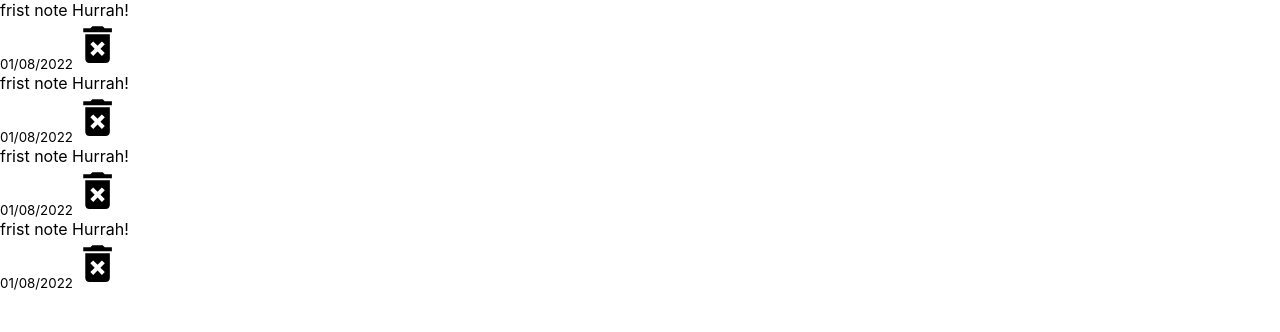
Repository: DeraBola/react-notes-app
Page: /
These files come from the project's save history. The page is drawn as it stood at one moment and after the next save; the edit follows.
The browser window is 1280 px wide. The pictures show the whole page.
The project was rebuilt for these pictures with package versions that can differ from the ones it lists, and the page was loaded fresh each time.

Above is the page before, as saved 2022-08-01 08:22:25.

### src/index.js
import React from 'react';
import ReactDOM from 'react-dom/client';
import './index.css';
import App from './App';


const root = ReactDOM.createRoot(document.getElementById('root'));
root.render(
  <React.StrictMode>
    <App />
  </React.StrictMode>
);

### src/index.css
body {
    margin: 0;
    font-family: -apple-system, BlinkMacSystemFont, 'Segoe UI', 'Roboto', 'Oxygen', 'Ubuntu', 'Cantarell', 'Fira Sans', 'Droid Sans', 'Helvetica Neue', sans-serif;
    -webkit-font-smoothing: antialiased;
    -moz-osx-font-smoothing: grayscale;
}

code {
    font-family: source-code-pro, Menlo, Monaco, Consolas, 'Courier New', monospace;
}

.note {
    background-color: # effec;
}

### src/App.js
import NotesList from './components/NotesList';

 const App = () =>{
   return(
    <div className="container" >
      <NotesList />
    </div>
   )
 }

 export default App;

### src/components/NotesList.js
import Note from './Note';

const NotesList  = () => {
return(
    <div className='notes-list'>
        <Note />
        <Note />
        <Note />
        <Note />
    </div>
);
};

export default NotesList;

### src/components/Note.js

import { MdDeleteForever } from 'react-icons/md'

const Note  = () => {
    return(
        <div className='note'>
             <span>frist note Hurrah!</span>
             <div className="note-footer">
                <small>01/08/2022</small>
                <MdDeleteForever className='delete-icon' size='1.3cm' />
             </div>
        </div>
    );
    };

    export default Note;

Loaded but not shown: public/index.html (common file)

After the next save:
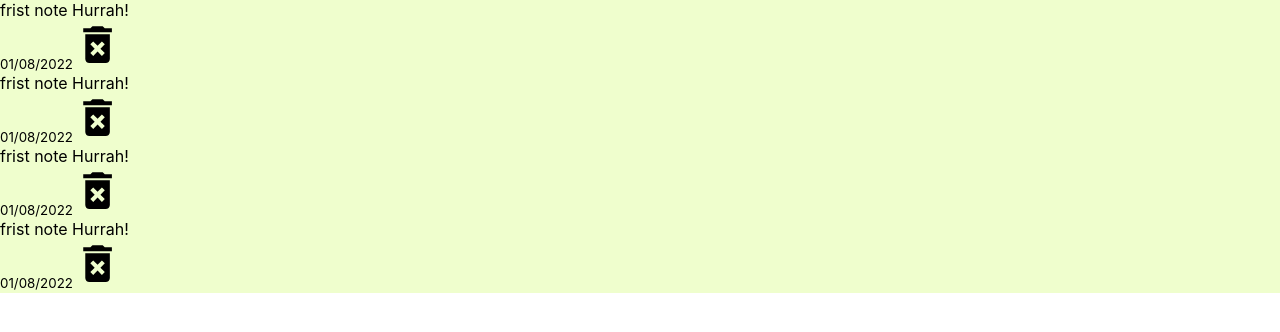
Saved 13 s later.
--- a/src/index.css
+++ b/src/index.css
@@ -10,5 +10,5 @@ code {
 }
 
 .note {
-    background-color: # effec;
+    background-color: #effecd;
 }
